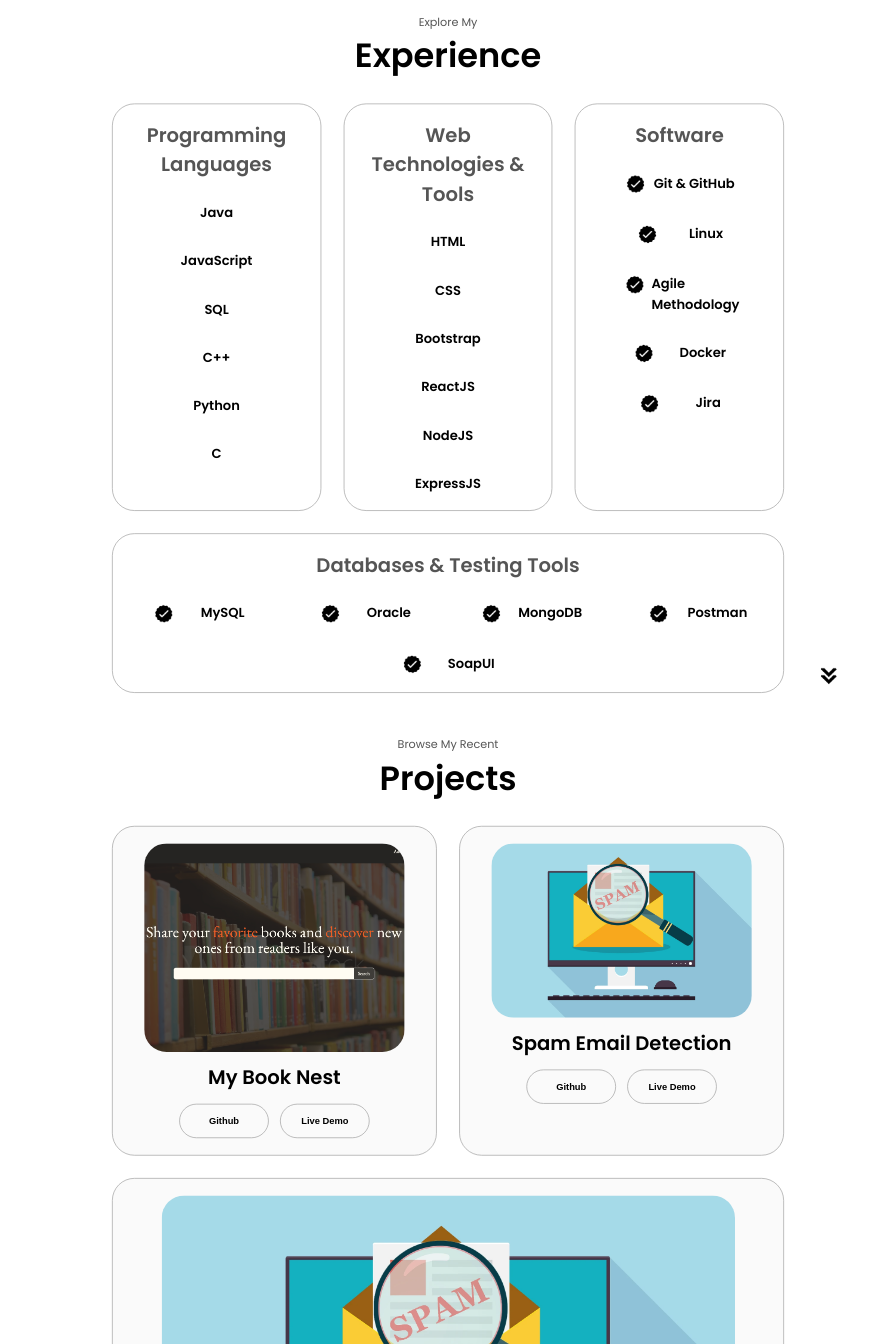
Repository: Pradnya-07/Portfolio-Pradnya
Page: index.html
The author's editor kept a copy of each file at every save. The page is drawn from the files as they stood at one save, then again after the next save.
The browser window is 1280 px wide. The pictures show the part of the page from y = 1517 to 3437 px (the page is 4420 px tall before and 4414 px after), at 70% of full size.

Above is the page before, as saved 2025-04-25 16:43:35.

After the next save:
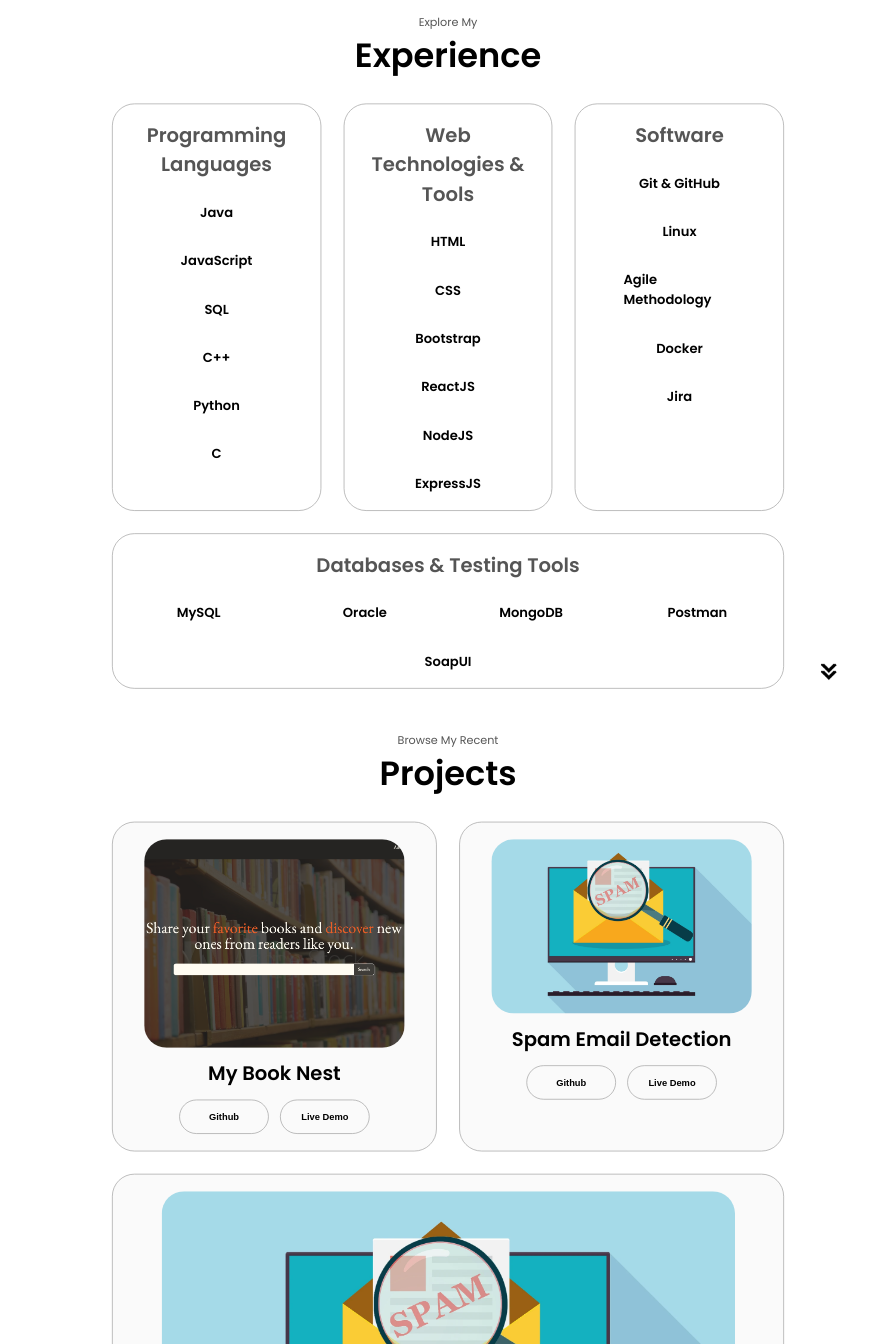
Saved 59 s later.
--- a/index.html
+++ b/index.html
@@ -213,53 +213,33 @@
             <h2 class="experience-sub-title">Software</h2>
             <div class="article-container">
               <article>
-                <img
-                  src="./assets/checkmark.png"
-                  alt="Experience icon"
-                  class="icon"
-                />
+
                 <div>
                   <h3>Git & GitHub</h3>
                 </div>
               </article>
               <article>
-                <img
-                  src="./assets/checkmark.png"
-                  alt="Experience icon"
-                  class="icon"
-                />
+
                 <div>
                   <h3>Linux</h3>
                 </div>
               </article>
 
               <article>
-                <img
-                  src="./assets/checkmark.png"
-                  alt="Experience icon"
-                  class="icon"
-                />
+
                 <div>
                   <h3>Agile Methodology</h3>
                 </div>
               </article>
 
               <article>
-                <img
-                  src="./assets/checkmark.png"
-                  alt="Experience icon"
-                  class="icon"
-                />
+
                 <div>
                   <h3>Docker</h3>
                 </div>
               </article>
               <article>
-                <img
-                  src="./assets/checkmark.png"
-                  alt="Experience icon"
-                  class="icon"
-                />
+
                 <div>
                   <h3>Jira</h3>
                 </div>
@@ -271,51 +251,31 @@
             <h2 class="experience-sub-title">Databases & Testing Tools</h2>
             <div class="article-container">
               <article>
-                <img
-                  src="./assets/checkmark.png"
-                  alt="Experience icon"
-                  class="icon"
-                />
+
                 <div>
                   <h3>MySQL</h3>
                 </div>
               </article>
               <article>
-                <img
-                  src="./assets/checkmark.png"
-                  alt="Experience icon"
-                  class="icon"
-                />
+
                 <div>
                   <h3>Oracle</h3>
                 </div>
               </article>
               <article>
-                <img
-                  src="./assets/checkmark.png"
-                  alt="Experience icon"
-                  class="icon"
-                />
+
                 <div>
                   <h3>MongoDB</h3>
                 </div>
               </article>
               <article>
-                <img
-                  src="./assets/checkmark.png"
-                  alt="Experience icon"
-                  class="icon"
-                />
+
                 <div>
                   <h3>Postman</h3>
                 </div>
               </article>
               <article>
-                <img
-                  src="./assets/checkmark.png"
-                  alt="Experience icon"
-                  class="icon"
-                />
+
                 <div>
                   <h3>SoapUI</h3>
                 </div>
